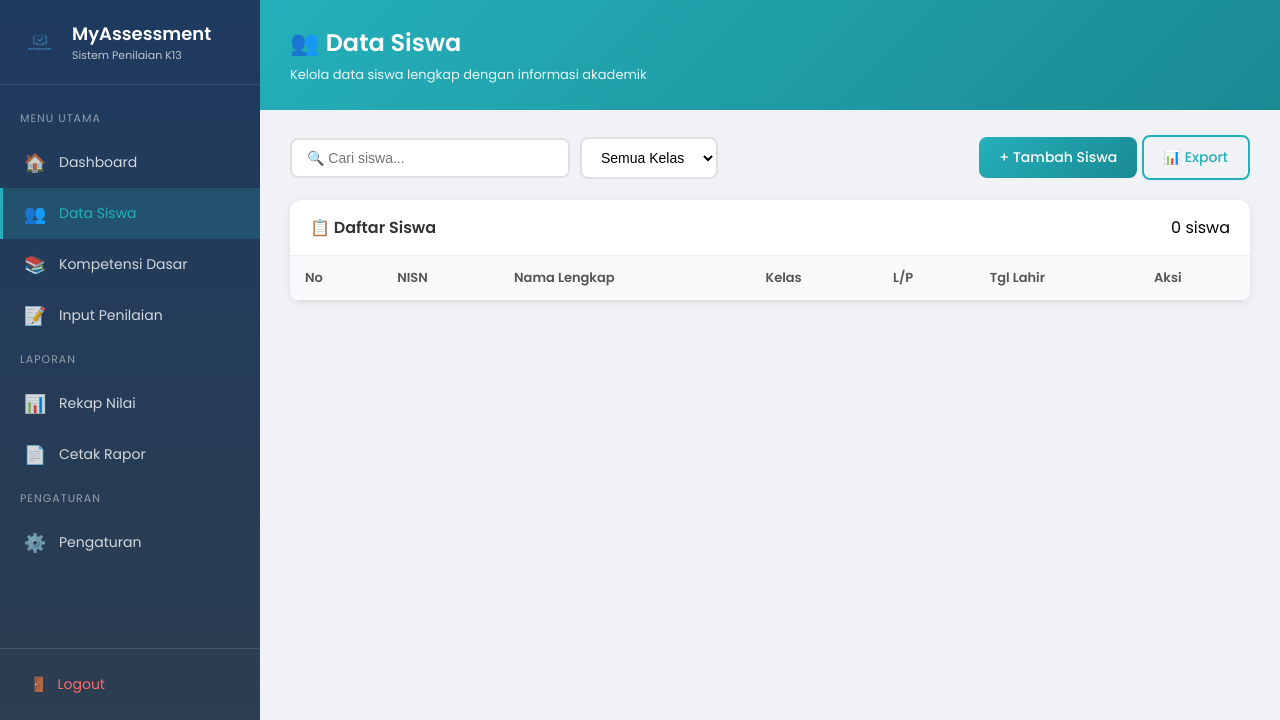
Repository: Ws529/MyAssassment_Final
Page: MyAssessment/wwwroot/siswa.html
The author's editor kept a copy of each file at every save. The page is drawn from the files as they stood at one save, then again after the next save.
The browser window is 1280 px wide. The pictures show the whole page.
The page's requests for data from a server got no answer.

Above is the page before, as saved 2026-01-01 15:52:24.

After the next save:
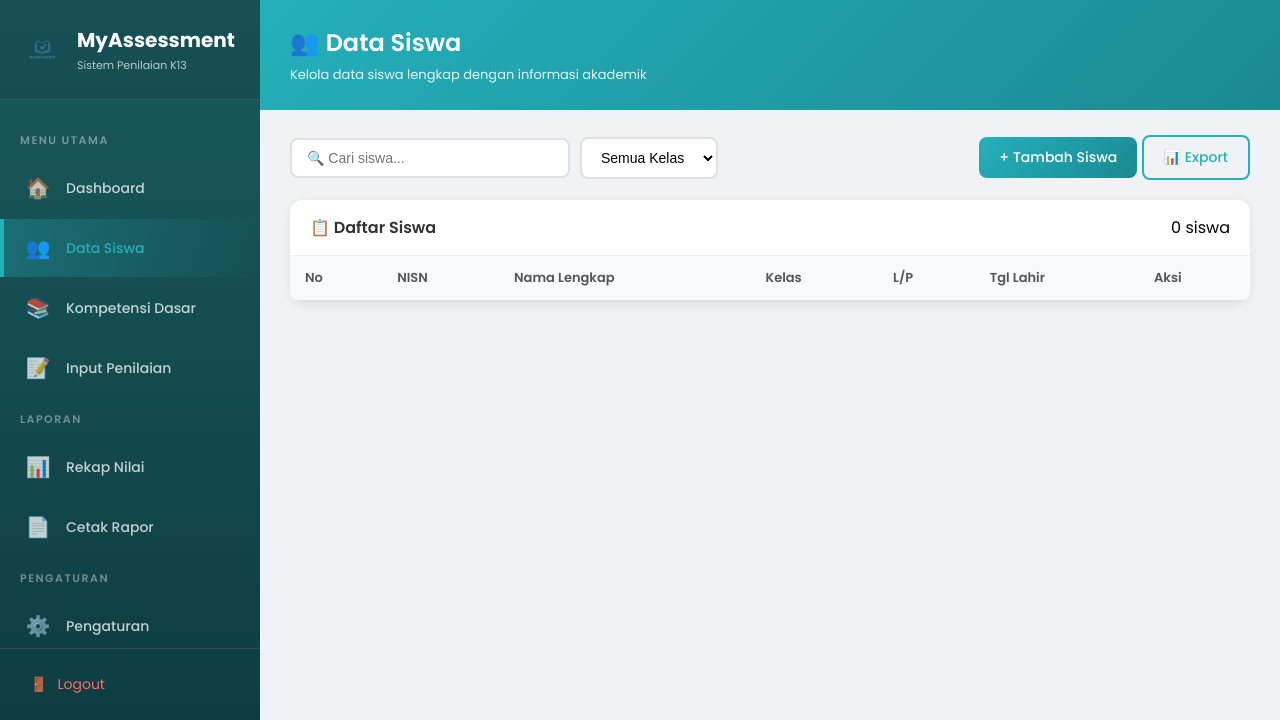
Saved 52 s later.
--- a/MyAssessment/wwwroot/siswa.html
+++ b/MyAssessment/wwwroot/siswa.html
@@ -13,10 +13,10 @@
         /* Layout */
         .app-container { display: flex; min-height: 100vh; }
 
-        /* Sidebar */
+        /* Sidebar - Teal Theme */
         .sidebar {
             width: 260px;
-            background: linear-gradient(180deg, #1e3a5f 0%, #2c3e50 100%);
+            background: linear-gradient(180deg, #1a5a5e 0%, #0d3d40 100%);
             color: white;
             position: fixed;
             height: 100vh;
@@ -24,45 +24,49 @@
             z-index: 100;
         }
         .sidebar-header {
-            padding: 20px;
+            padding: 25px 20px;
             display: flex;
             align-items: center;
             gap: 12px;
             border-bottom: 1px solid rgba(255,255,255,0.1);
-        }
-        .sidebar-header img { width: 40px; height: 40px; }
-        .sidebar-header h2 { font-size: 18px; font-weight: 600; }
-        .sidebar-header span { font-size: 11px; opacity: 0.7; display: block; }
-
-        .sidebar-menu { padding: 15px 0; }
+            background: rgba(0,0,0,0.1);
+        }
+        .sidebar-header img { width: 45px; height: 45px; border-radius: 10px; }
+        .sidebar-header h2 { font-size: 20px; font-weight: 700; }
+        .sidebar-header span { font-size: 11px; opacity: 0.7; display: block; margin-top: 2px; }
+
+        .sidebar-menu { padding: 20px 0; }
         .menu-label {
-            padding: 10px 20px;
+            padding: 12px 20px 8px;
             font-size: 11px;
             text-transform: uppercase;
-            opacity: 0.5;
-            letter-spacing: 1px;
+            color: rgba(255,255,255,0.4);
+            letter-spacing: 1.5px;
+            font-weight: 600;
         }
         .menu-item {
             display: flex;
             align-items: center;
-            gap: 12px;
-            padding: 12px 20px;
-            color: rgba(255,255,255,0.8);
+            gap: 14px;
+            padding: 14px 20px;
+            color: rgba(255,255,255,0.75);
             text-decoration: none;
             transition: all 0.3s;
-            border-left: 3px solid transparent;
+            border-left: 4px solid transparent;
+            margin: 2px 0;
         }
         .menu-item:hover {
-            background: rgba(255,255,255,0.1);
+            background: rgba(36, 176, 186, 0.15);
             color: white;
+            border-left-color: rgba(36, 176, 186, 0.5);
         }
         .menu-item.active {
-            background: rgba(36, 176, 186, 0.2);
+            background: linear-gradient(90deg, rgba(36, 176, 186, 0.3) 0%, transparent 100%);
             border-left-color: #24b0ba;
             color: #24b0ba;
         }
-        .menu-item .icon { font-size: 18px; width: 24px; text-align: center; }
-        .menu-item span { font-size: 14px; }
+        .menu-item .icon { font-size: 20px; width: 28px; text-align: center; }
+        .menu-item span { font-size: 14px; font-weight: 500; }
 
         .sidebar-footer {
             position: absolute;
